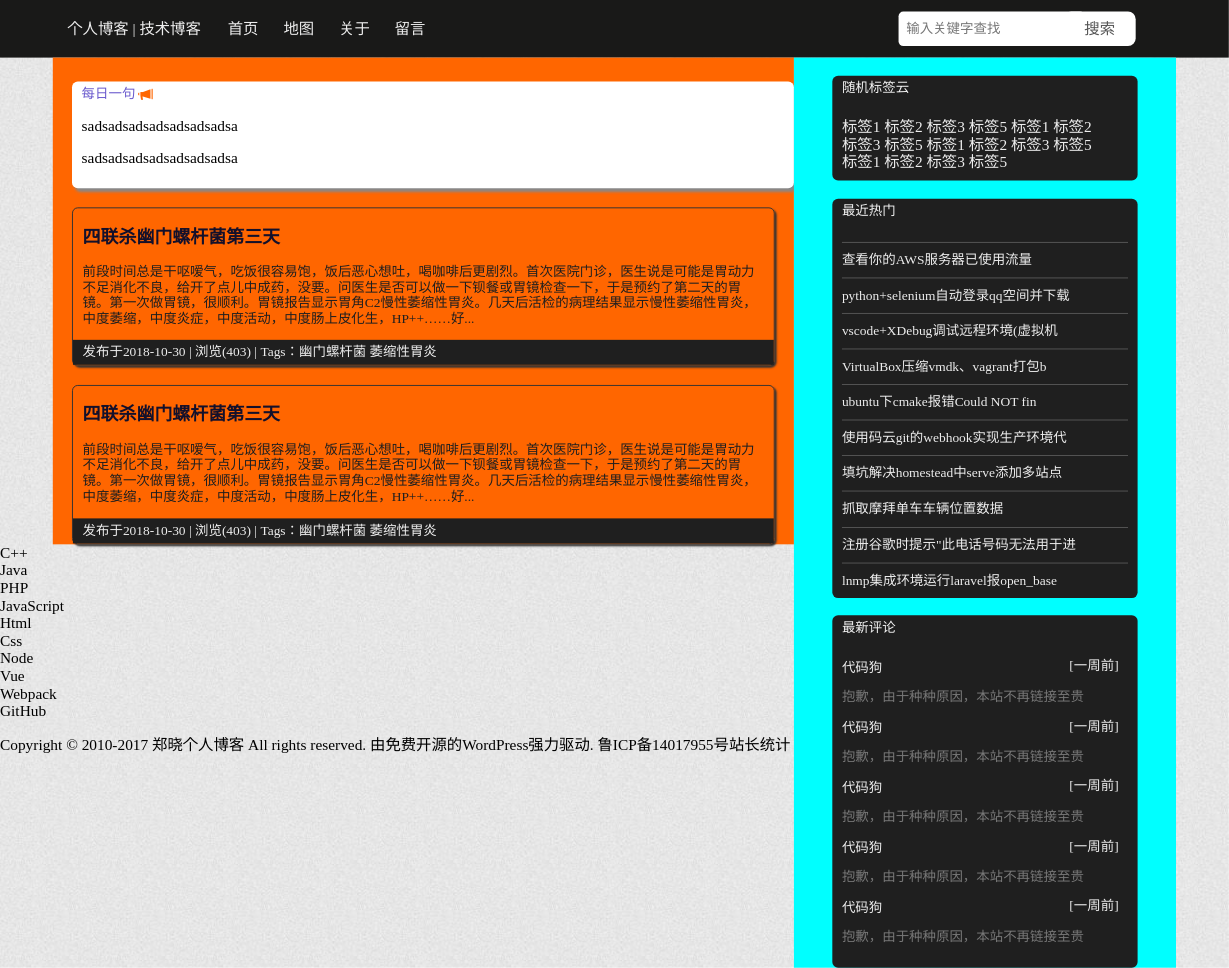
Repository: li1214/my_blog
Page: page/index.html
These files come from the project's save history. The page is drawn as it stood at one moment and after the next save; the edit follows.
The browser window is 1280 px wide. The pictures show the whole page, at 96% of full size.

Above is the page before, as saved 2019-01-04 11:26:45.

### page/index.html
<!DOCTYPE html>
<html lang="en">
  <head>
    <meta charset="UTF-8" />
    <meta name="viewport" content="width=device-width, initial-scale=1.0" />
    <meta http-equiv="X-UA-Compatible" content="ie=edge" />
    <title>个人博客</title>
    <link href="./css/base.css" rel="stylesheet" type="text/css" />
    <link href="./css/index.css" rel="stylesheet" type="text/css" />
  </head>
  <body>
    <header>
      <div class="container">
        <a>个人博客 | 技术博客</a>
        <ul>
          <li><a href="">首页</a></li>
          <li><a href="">地图</a></li>
          <li><a href="">关于</a></li>
          <li><a href="">留言</a></li>
        </ul>
        <div class="search">
          <input type="text" placeholder="输入关键字查找" />
          <button>搜索</button>
        </div>
      </div>
    </header>
    <div class="content">
      <div class="content-left">
        <div class="every-day">
          <span>每日一句</span>
          <p>sadsadsadsadsadsadsadsa</p>
          <p>sadsadsadsadsadsadsadsa</p>
        </div>
        <div class="blog-list">
          <div class="blog">
            <a><h3>四联杀幽门螺杆菌第三天</h3></a>
            <p>
              前段时间总是干呕嗳气，吃饭很容易饱，饭后恶心想吐，喝咖啡后更剧烈。首次医院门诊，医生说是可能是胃动力不足消化不良，给开了点儿中成药，没要。问医生是否可以做一下钡餐或胃镜检查一下，于是预约了第二天的胃镜。第一次做胃镜，很顺利。胃镜报告显示胃角C2慢性萎缩性胃炎。几天后活检的病理结果显示慢性萎缩性胃炎，中度萎缩，中度炎症，中度活动，中度肠上皮化生，HP++……好...
            </p>
            <div class="blog-foot">
              发布于2018-10-30 | 浏览(403) | Tags：幽门螺杆菌 萎缩性胃炎
            </div>
          </div>
          <div class="blog">
            <a> <h3>四联杀幽门螺杆菌第三天</h3> </a>
            <p>
              前段时间总是干呕嗳气，吃饭很容易饱，饭后恶心想吐，喝咖啡后更剧烈。首次医院门诊，医生说是可能是胃动力不足消化不良，给开了点儿中成药，没要。问医生是否可以做一下钡餐或胃镜检查一下，于是预约了第二天的胃镜。第一次做胃镜，很顺利。胃镜报告显示胃角C2慢性萎缩性胃炎。几天后活检的病理结果显示慢性萎缩性胃炎，中度萎缩，中度炎症，中度活动，中度肠上皮化生，HP++……好...
            </p>
            <div class="blog-foot">
              发布于2018-10-30 | 浏览(403) | Tags：幽门螺杆菌 萎缩性胃炎
            </div>
          </div>
        </div>
      </div>
      <div class="content-right">
        <div class="right-box">
          <h4>随机标签云</h4>
          <div class="contents">
            <a>标签1</a> <a>标签2</a> <a>标签3</a> <a>标签5</a> <a>标签1</a>
            <a>标签2</a> <a>标签3</a> <a>标签5</a> <a>标签1</a> <a>标签2</a>
            <a>标签3</a> <a>标签5</a> <a>标签1</a> <a>标签2</a> <a>标签3</a>
            <a>标签5</a>
          </div>
        </div>
        <div class="right-box" style="padding-bottom: 0;">
          <h4>最近热门</h4>
          <div class="contents">
            <ul class="list-group">
              <li class="list-group-item">
                <a href="https://www.zh30.com/aws-ec2-cloudwatch.html"
                  >查看你的AWS服务器已使用流量</a
                >
              </li>
              <li class="list-group-item">
                <a
                  href="https://www.zh30.com/python-selenium-qqzone-album.html"
                  >python+selenium自动登录qq空间并下载</a
                >
              </li>
              <li class="list-group-item">
                <a
                  href="https://www.zh30.com/vscode-xdebug-remote-vagrant-php.html"
                  >vscode+XDebug调试远程环境(虚拟机</a
                >
              </li>
              <li class="list-group-item">
                <a
                  href="https://www.zh30.com/virtualbox-vmdk-vagrant-box.html"
                  >VirtualBox压缩vmdk、vagrant打包b</a
                >
              </li>
              <li class="list-group-item">
                <a
                  href="https://www.zh30.com/ubuntu-cmake-could-not-find-boost.html"
                  >ubuntu下cmake报错Could NOT fin</a
                >
              </li>
              <li class="list-group-item">
                <a
                  href="https://www.zh30.com/webhook-git-pull.html"
                  >使用码云git的webhook实现生产环境代</a
                >
              </li>
              <li class="list-group-item">
                <a
                  href="https://www.zh30.com/homestead-serve-add-sites.html"
                  >填坑解决homestead中serve添加多站点</a
                >
              </li>
              <li class="list-group-item">
                <a
                  href="https://www.zh30.com/crawl-mobike-location.html"
                  >抓取摩拜单车车辆位置数据</a
                >
              </li>
              <li class="list-group-item">
                <a
                  href="https://www.zh30.com/google-register-phone-verification.html"
                  >注册谷歌时提示"此电话号码无法用于进</a
                >
              </li>
              <li class="list-group-item">
                <a
                  href="https://www.zh30.com/lnmp-laravel-open_basedir.html"
                  >lnmp集成环境运行laravel报open_base</a
                >
              </li>
            </ul>
          </div>
        </div>
        <div class="right-box">
          <h4>最新评论</h4>
          <div class="contents">
            <div class='item'>
                <div class='item-title'>
                    <span>代码狗</span>
                    <span class='spanr'>[一周前]</span>
                </div>
                <p class='item-comtebt'>
                    抱歉，由于种种原因，本站不再链接至贵
                </p>
            </div>
            <div class='item'>
                <div class='item-title'>
                    <span>代码狗</span>
                    <span class='spanr'>[一周前]</span>
                </div>
                <p class='item-comtebt'>
                    抱歉，由于种种原因，本站不再链接至贵
                </p>
            </div>
            <div class='item'>
                <div class='item-title'>
                    <span>代码狗</span>
                    <span class='spanr'>[一周前]</span>
                </div>
                <p class='item-comtebt'>
                    抱歉，由于种种原因，本站不再链接至贵
                </p>
            </div>
            <div class='item'>
                <div class='item-title'>
                    <span>代码狗</span>
                    <span class='spanr'>[一周前]</span>
                </div>
                <p class='item-comtebt'>
                    抱歉，由于种种原因，本站不再链接至贵
                </p>
            </div>
            <div class='item'>
                <div class='item-title'>
                    <span>代码狗</span>
                    <span class='spanr'>[一周前]</span>
                </div>
                <p class='item-comtebt'>
                    抱歉，由于种种原因，本站不再链接至贵
                </p>
            </div>
          </div>
        </div>
      </div>
    </div>
    <footer>
        <ul>
            <li>C++</li>
            <li>Java</li>
            <li>PHP</li>
            <li>JavaScript</li>
            <li>Html</li>
            <li>Css</li>
            <li>Node</li>
            <li>Vue</li>
            <li>Webpack</li>
            <li>GitHub</li>
        </ul>
        <p>Copyright © 2010-2017 郑晓个人博客 All rights reserved. 由免费开源的WordPress强力驱动. 鲁ICP备14017955号站长统计</p>
    </footer>
  </body>
</html>

### page/css/base.css
html {line-height: 1.15; /* 1 */-webkit-text-size-adjust: 100%; /* 2 */}
body {margin: 0;}
@font-face{
    font-family: 'myicon';
    src: url('../font/glyphicons-halflings-regular.woff2')
}
ul{padding: 0}
main {
  display: block;
}
h1 {
  font-size: 2em;
  margin: 0.67em 0;
}
hr {
  box-sizing: content-box; /* 1 */
  height: 0; /* 1 */
  overflow: visible; /* 2 */
}
pre {
  font-family: monospace, monospace; /* 1 */
  font-size: 1em; /* 2 */
}
a {
  background-color: transparent;
}
abbr[title] {
  border-bottom: none; /* 1 */
  text-decoration: underline; /* 2 */
  text-decoration: underline dotted; /* 2 */
}
b,
strong {
  font-weight: bolder;
}
code,
kbd,
samp {
  font-family: monospace, monospace; /* 1 */
  font-size: 1em; /* 2 */
}
small {
  font-size: 80%;
}
sub,
sup {
  font-size: 75%;
  line-height: 0;
  position: relative;
  vertical-align: baseline;
}
sub {
  bottom: -0.25em;
}
sup {
  top: -0.5em;
}
img {
  border-style: none;
}
button,
input,
optgroup,
select,
textarea {
  font-family: inherit; /* 1 */
  font-size: 100%; /* 1 */
  line-height: 1.15; /* 1 */
  margin: 0; /* 2 */
}
button,
input { /* 1 */
  overflow: visible;
}
button,
select { /* 1 */
  text-transform: none;
}
button,
[type="button"],
[type="reset"],
[type="submit"] {
  -webkit-appearance: button;
}
button::-moz-focus-inner,
[type="button"]::-moz-focus-inner,
[type="reset"]::-moz-focus-inner,
[type="submit"]::-moz-focus-inner {
  border-style: none;
  padding: 0;
}
button:-moz-focusring,
[type="button"]:-moz-focusring,
[type="reset"]:-moz-focusring,
[type="submit"]:-moz-focusring {
  outline: 1px dotted ButtonText;
}
fieldset {
  padding: 0.35em 0.75em 0.625em;
}
legend {
  box-sizing: border-box; /* 1 */
  color: inherit; /* 2 */
  display: table; /* 1 */
  max-width: 100%; /* 1 */
  padding: 0; /* 3 */
  white-space: normal; /* 1 */
}
progress {
  vertical-align: baseline;
}
textarea {
  overflow: auto;
}

[type="checkbox"],
[type="radio"] {
  box-sizing: border-box; /* 1 */
  padding: 0; /* 2 */
}
[type="number"]::-webkit-inner-spin-button,
[type="number"]::-webkit-outer-spin-button {
  height: auto;
}

[type="search"] {
  -webkit-appearance: textfield; /* 1 */
  outline-offset: -2px; /* 2 */
}

[type="search"]::-webkit-search-decoration {
  -webkit-appearance: none;
}
::-webkit-file-upload-button {
  -webkit-appearance: button; /* 1 */
  font: inherit; /* 2 */
}
details {
  display: block;
}
summary {
  display: list-item;
}
template {
  display: none;
}
[hidden] {
  display: none;
}
a{text-decoration: none;}
/* ========================================================== css reset ========================================================== */

body {
    width: 100%;
    height: 100%;
    background-image: url(../image/bg.jpg);
    background-repeat: repeat;
    overflow-x: hidden;
}

header{
    width: 100%;
    height: 60px;
    background-color: #191918;
}
header .container {
    width:1170px;
    height: 100%;
    margin: 0 auto;
}
header .container>a{
    display: block;
    float: left;
    color: #eee;
    line-height: 60px;
    margin: 0 15px;
    font-size: 16px;
}
header .container>ul{
    float: left;
    margin: 0;
    padding: 0;
}
header .container>ul>li{
    display: inline-block;
    float: left;
}
header .container>ul>li a{
    color: #eee;
    display: inline-block;
    height: 60px;
    width: 58px;
    line-height: 60px;
    text-align: center;
}
header .container .search{
    float: right;
    height: 100%;
    position: relative;
    right: 117px;
}
header .container .search>input{
    display: inline-block;
    position: absolute;
    height: 26px;
    padding: 5px 8px;
    border-radius: 5px;
    border:none;
    outline: none;
    font-size: 14px;
    margin-top: 12px;
    left: -172px;
}
header .container .search > button{
    outline: none;
    display: inline-block;
    position: absolute;
    width: 75px;
    height: 36px;
    padding: 5px 10px;
    border-radius: 8px;
    margin-top: 12px;
    cursor: pointer;
    color: #555;
    background-color: white;
    border: none;
}
/* ============================================================== header end ===================================================================== */
.content {
    width: 1170px;
    margin: 0 auto;
    position: relative;
}
.content .content-left{
    float: left;
    width: 66%;
    box-sizing: border-box;
    padding: 0 20px;
    background: #f60;
}
.content .content-right{
    float: right;
    width: 34%;
    box-sizing: border-box;
    background-color: aqua;
}
.right-box{
    background-color: #1f1f1f;
    margin-top: 20px;
    width: 80%;
    margin: 0 auto;
    box-sizing: border-box;
    border-radius: 6px;
    padding-bottom: 10px;
}
.right-box>h4 {
    color: #f4f4f4;
    font-weight: normal;
    padding: 5px 10px;
    font-size: 14px;
}
.right-box .contents{
    color: #eee;
    padding: 0 10px 0px 10px;
}
/* .right-box .contents a::after{
    display: block;
    content: '';
    overflow: hidden;
    clear: both;
    position: absolute;
} */
.right-box .contents>a{
    display: inline-block;
}
.right-box .contents li{
    width: 100%;
    list-style: none;
    white-space:nowrap;
    overflow: hidden;
   text-overflow: ellipsis;
    border-top:1px solid #555;
}
.right-box .contents li a{
    font-size: 14px;
    display: inline-block;
    color: #eee;
    padding: 10px 0;
}
.right-box .item .item-title{position: relative;}
.right-box .item .item-title span{display: inline-block;font-size: 14px;font-weight: normal;}
.right-box .item .item-title span.spanr{
    position: absolute;
    right: 10px;
}
.right-box .item > p{color: #777;font-size: 14px;}


/* =====================================================================  footer start ================================================================= */

footer{
    width: 100%;
    height: 80px;
}

### page/css/index.css

.every-day{
    background-color: white;
    text-align: left;
    width: 100%;
    border-radius: 6px;
    padding: 5px 10px;
    box-shadow: 3px 4px 3px #888;
    margin-top: 25px;
}
.every-day span::before{
    font-family: myicon;
    content:'\e122';
    font-size: 14px;
    color: #f60;
    position: absolute;
    display: block;
    left: 90px;
}
.every-day > span{
    font-size: 14px;
    display: block;
    margin-bottom: 5px;
    color: slateblue;
}
.every-day > p{
    /* zuanwu */
}

.blog-list{
    width: 100%;
    position: relative;
}
.blog-list .blog{
    width: 100%;
    border:1px solid #333;
    border-radius: 6px;
    box-sizing: border-box;
    margin-top: 20px;
    box-shadow: 2px 2px 2px #333;
}
.blog-list .blog h3 {
    padding: 0 10px;
    color: #13102b;
    transition: color 0.5s;
}
.blog-list .blog h3:hover{color: #337ab7;cursor: pointer;}
.blog-list .blog p{padding: 0 10px;font-size: 14px;color: #1f1f1f;}
.blog-list .blog .blog-foot{
    background-color: #1f1f1f;
    padding: 5px 10px;
    color: #eee;
    font-size: 14px;
}

After the next save:
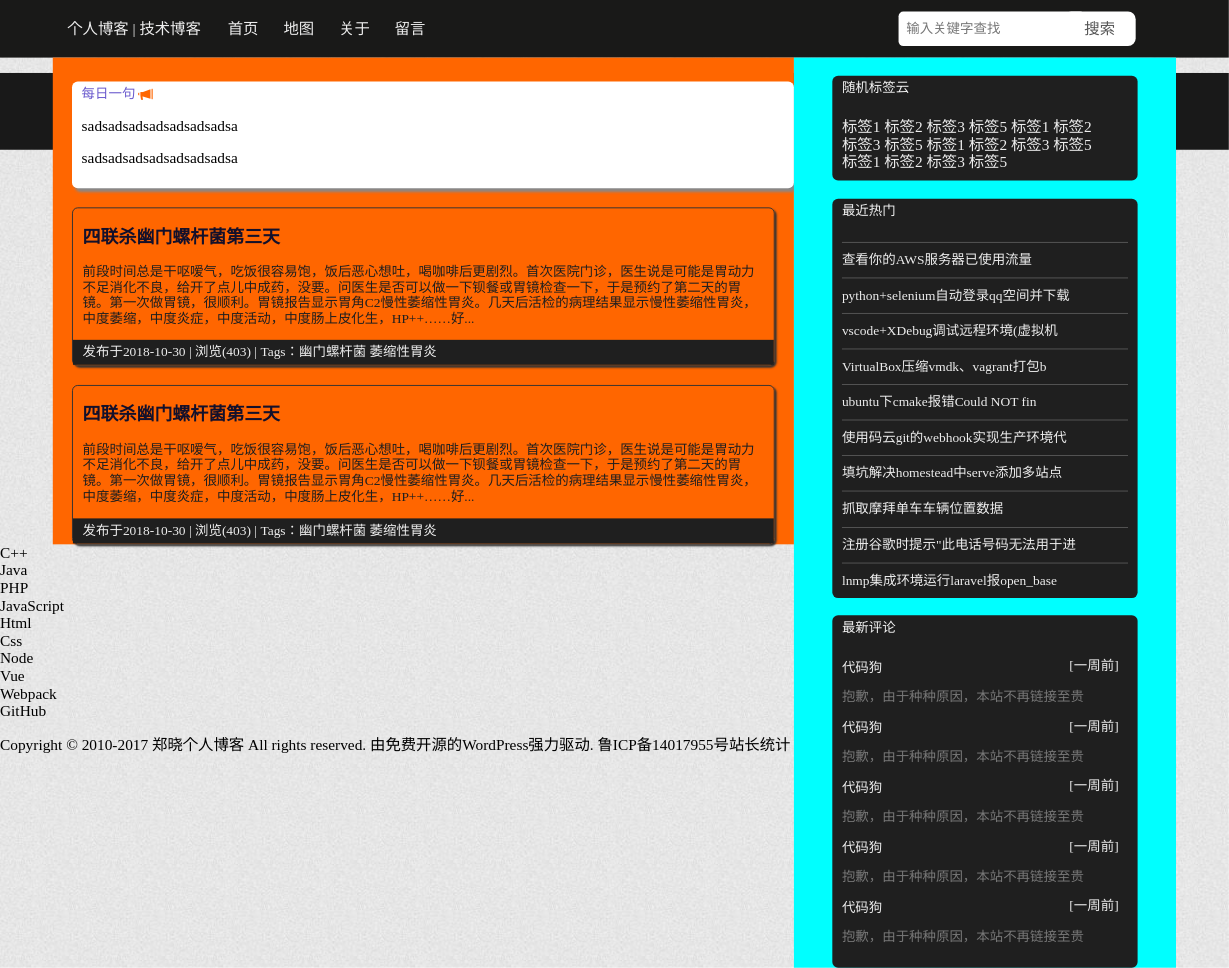
Saved 10 s later.
--- a/page/css/base.css
+++ b/page/css/base.css
@@ -301,4 +301,5 @@ header .container .search > button{
 footer{
     width: 100%;
     height: 80px;
-}
+    background: #191919;
+}
